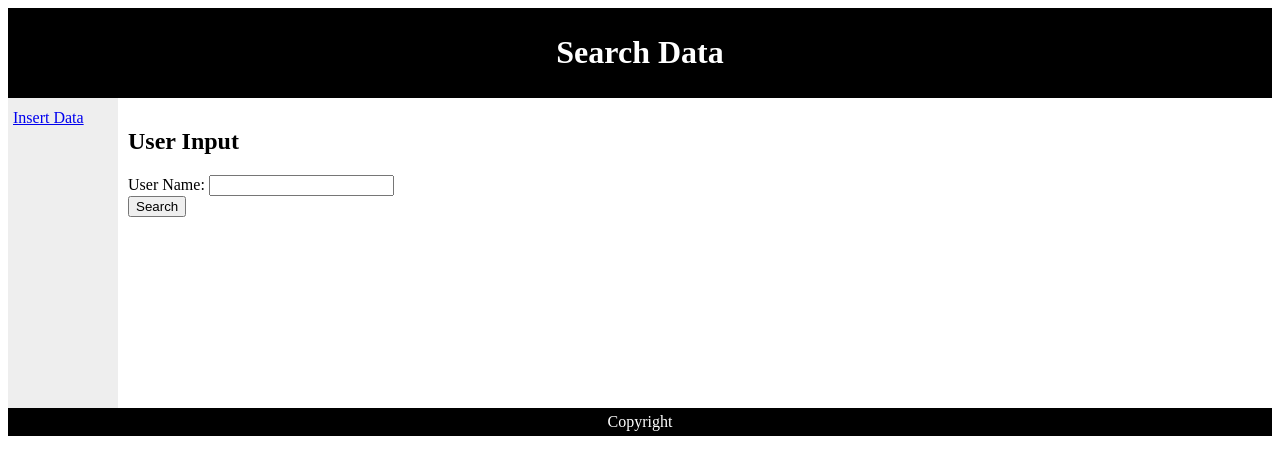
Repository: moonBird71/CSCI4830
Page: workspace_CSCI4830_0129/webproject_Liu_0129/WebContent/search.html
The author's editor kept a copy of each file at every save. The page is drawn from the files as they stood at one save, then again after the next save.
The browser window is 1280 px wide. The pictures show the whole page.

Above is the page before, as saved 2019-01-29 22:49:37.

After the next save:
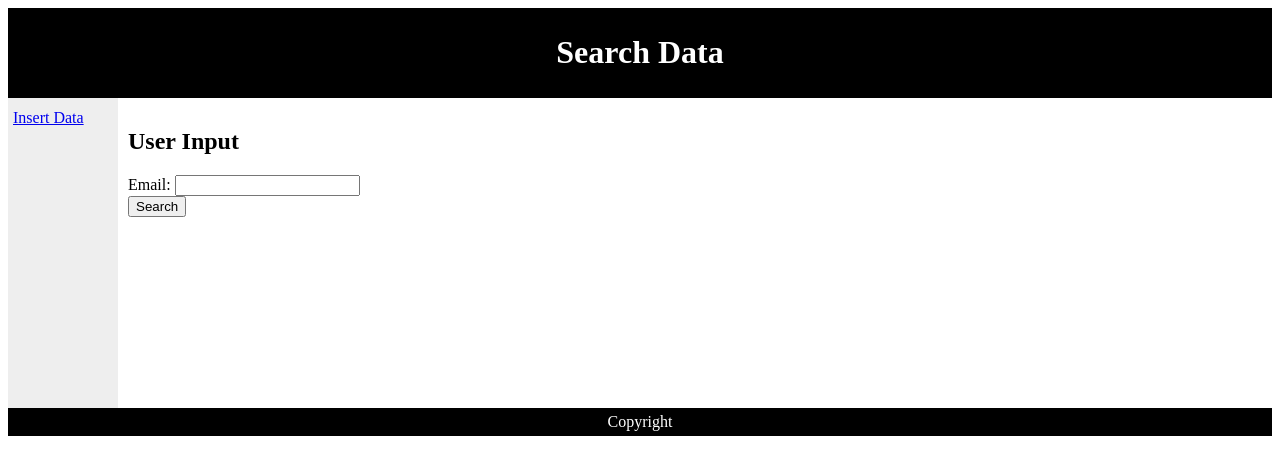
Saved 94 s later.
--- a/workspace_CSCI4830_0129/webproject_Liu_0129/WebContent/search.html
+++ b/workspace_CSCI4830_0129/webproject_Liu_0129/WebContent/search.html
@@ -44,7 +44,7 @@ footer {
 
 	<form action="search" method="POST">
 
-		User Name: <input type="text" name="keyword"> <br />
+		Email: <input type="text" name="keyword"> <br />
 
 		<input type="submit" value="Search" />
 	</form>
